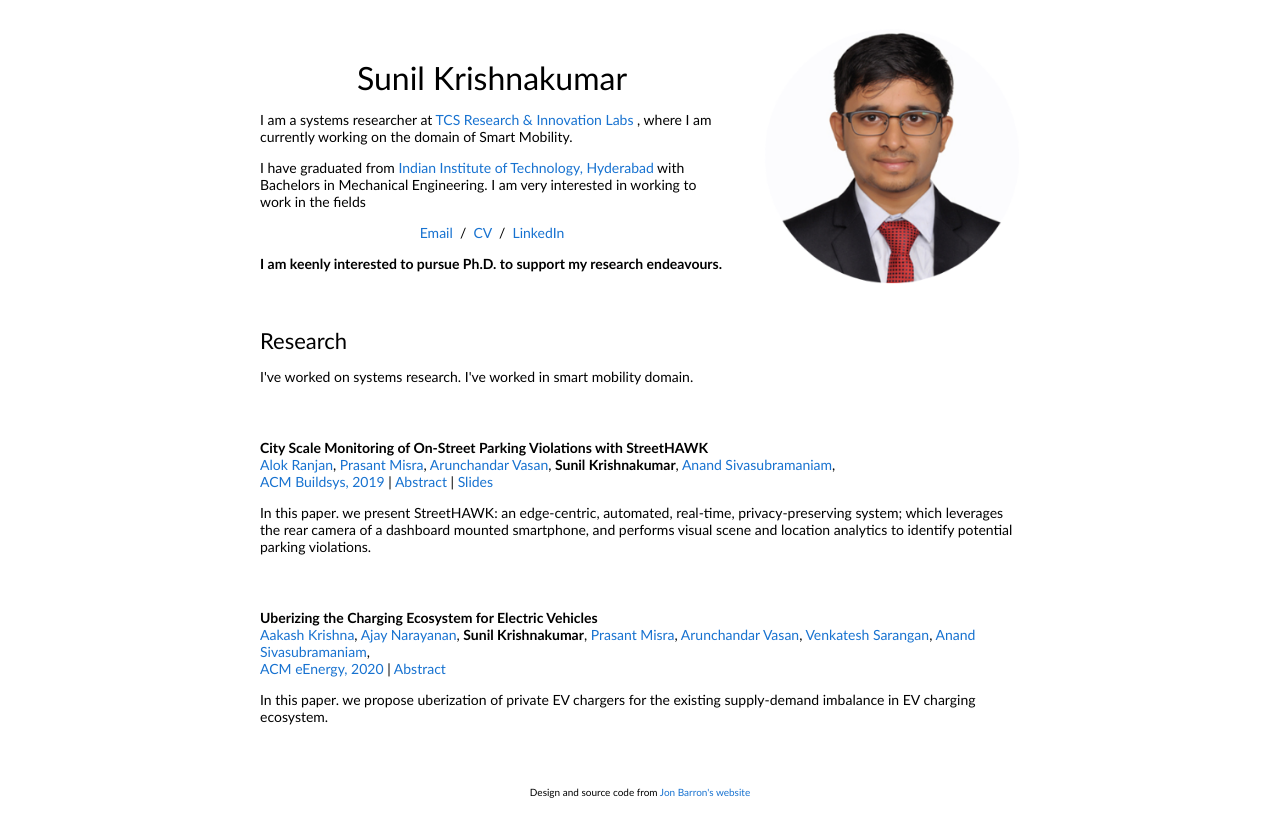
Repository: Sunil-KK/-
Page: index.html
The author's editor kept a copy of each file at every save. The page is drawn from the files as they stood at one save, then again after the next save.
The browser window is 1280 px wide. The pictures show the whole page.

Above is the page before, as saved 2020-09-02 11:51:49.

After the next save:
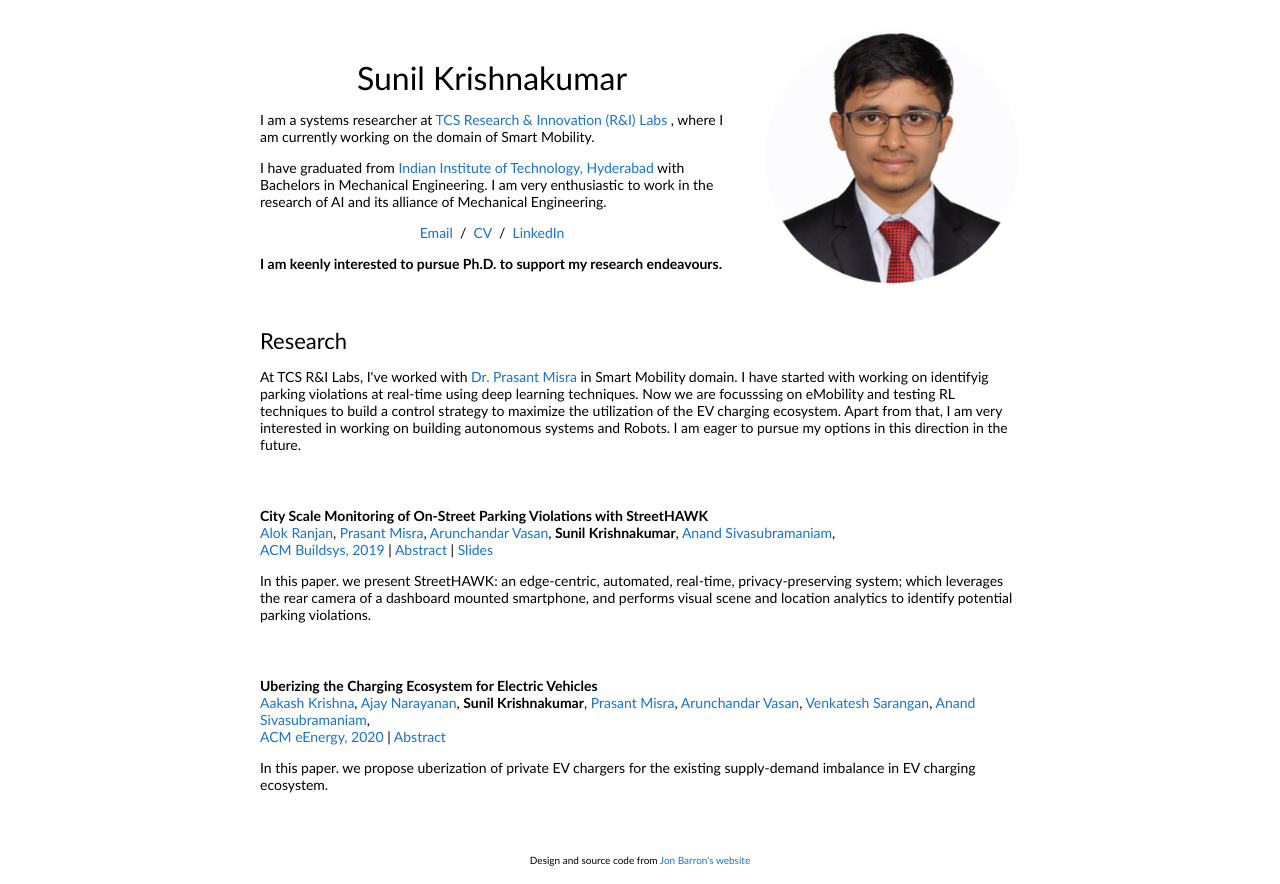
Saved 17 min 28 s later.
--- a/index.html
+++ b/index.html
@@ -30,12 +30,12 @@
               <p style="text-align:center">
                 <name>Sunil Krishnakumar</name>
               </p>
-              <p>I am a systems researcher at <a href="https://www.tcs.com/research-and-innovation">TCS Research & Innovation Labs </a>, where I am currently working
+              <p>I am a systems researcher at <a href="https://www.tcs.com/research-and-innovation">TCS Research & Innovation (R&I) Labs </a>, where I am currently working
                  on the domain of Smart Mobility.
               </p>
               <p>
                 I have graduated from <a href="https://mae.iith.ac.in/">Indian Institute of Technology, Hyderabad</a> with Bachelors in Mechanical Engineering.
-                I am very interested in working to work in the fields
+                I am very enthusiastic to work in the research of AI and its alliance of Mechanical Engineering.
               </p>
               <p style="text-align:center">
                 <a href="mailto:komadamsunil96@gmail.com">Email</a> &nbsp/&nbsp
@@ -57,7 +57,12 @@
             <td style="padding:20px;width:100%;vertical-align:middle">
               <heading>Research</heading>
               <p>
-                I've worked on systems research. I've worked in smart mobility domain.
+                 At TCS R&I Labs, I've worked with <a href="https://sites.google.com/site/prasantmisra">Dr. Prasant Misra</a> in Smart Mobility
+                 domain. I have started with working on identifyig parking violations at real-time using deep learning techniques. Now we are
+                 focusssing on eMobility and testing RL techniques to build a control strategy to maximize the utilization of the EV charging
+                 ecosystem.
+                 Apart from that, I am very interested in working on building autonomous systems and Robots. I am eager to pursue my options
+                 in this direction in the future.
                 <!-- Representative papers are <span class="highlight">highlighted</span>. -->
               </p>
             </td>
